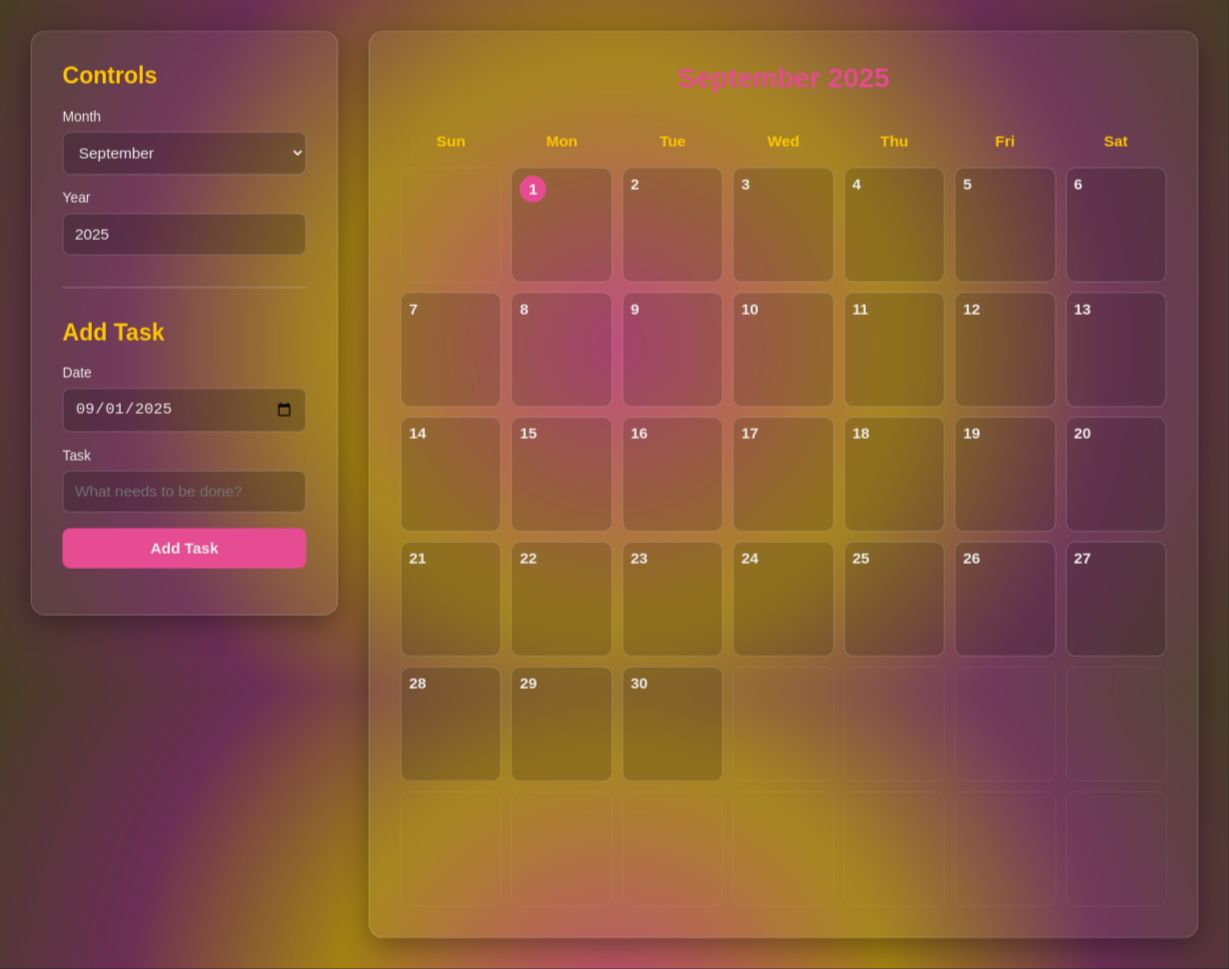
Repository: TanujaNair03/ToDo
Page: static/index.html
The author's editor kept a copy of each file at every save. The page is drawn from the files as they stood at one save, then again after the next save.
The browser window is 1280 px wide. The pictures show the whole page, at 96% of full size.
The page's requests for data from a server got no answer. Backgrounds fixed to the window are drawn as part of the page.

Above is the page before, as saved 2025-09-01 15:47:49.

### static/index.html
<!DOCTYPE html>
<html lang="en">
<head>
    <meta charset="UTF-8">
    <meta name="viewport" content="width=device-width, initial-scale=1.0">
    <title>Aesthetic Calendar</title>
    <style>
        :root {
            --glass-bg: rgba(255, 255, 255, 0.05);
            --glass-border: rgba(255, 255, 255, 0.2);
            --text-color: #f0f0f0;
            /* Accent colors updated to match the new pink/yellow theme */
            --accent-primary: #e54c91; /* Pink */
            --accent-secondary: #ffc800; /* Yellow */
        }
        * {
            box-sizing: border-box;
        }

        /* NEW: Static, centered, pink-to-yellow radial gradient */
        body {
            font-family: 'Poppins', sans-serif;
            color: var(--text-color);
            margin: 0;
            padding: 2rem;
            min-height: 100vh;
            background-color: #1a1a2e; /* Base color */
            background-image: radial-gradient(circle at 50% 50%,
                rgba(229, 76, 145, 0.8) 0%,  /* Vibrant Pink at the center */
                rgba(255, 200, 0, 0.6) 40%,  /* Warm Yellow halo */
                rgba(229, 76, 145, 0.4) 70%, /* Faded Pink */
                rgba(255, 200, 0, 0.2) 100%  /* Faded Yellow */
            );
            background-repeat: no-repeat;
            background-attachment: fixed; /* Keeps the gradient fixed */
            background-size: cover; /* Ensures the gradient covers the entire viewport */
        }

        #app {
            display: flex;
            gap: 2rem;
            width: 100%;
            max-width: 1300px;
            margin: 0 auto;
            align-items: flex-start;
        }

        .glass-pane {
            background: var(--glass-bg);
            backdrop-filter: blur(20px);
            -webkit-backdrop-filter: blur(20px);
            border: 1px solid var(--glass-border);
            box-shadow: 0 8px 32px 0 rgba(0, 0, 0, 0.37);
            border-radius: 15px;
            padding: 2rem;
        }

        .sidebar {
            width: 320px;
            height: fit-content;
            flex-shrink: 0;
        }
        .sidebar h2 { margin-top: 0; color: var(--accent-secondary); }
        .form-group { margin-bottom: 1rem; }
        .form-group label { display: block; margin-bottom: 0.5rem; font-size: 0.9rem; }
        .form-group input, .form-group select, .form-group button {
            width: 100%; padding: 0.75rem; border: 1px solid var(--glass-border);
            border-radius: 8px; background: rgba(0,0,0,0.2);
            color: var(--text-color); font-size: 1rem;
        }
        .form-group button {
            background: var(--accent-primary); cursor: pointer; font-weight: bold;
            transition: background 0.2s ease; border: none;
        }
        .form-group button:hover { background: var(--accent-secondary); color: #1a1a2e; }

        .calendar-container {
            flex-grow: 1;
        }
        .calendar-header { display: flex; justify-content: center; align-items: center; }
        .calendar-header h1 {
            font-size: 1.8rem;
            font-weight: bold;
            color: var(--accent-primary);
            margin: 0;
        }
        .calendar-grid { display: grid; grid-template-columns: repeat(7, 1fr); gap: 10px; width: 100%; margin-top: 2rem; }
        .day-header { text-align: center; font-weight: bold; color: var(--accent-secondary); padding: 0.5rem 0; }
        .day-cell {
            min-height: 120px; padding: 8px;
            background: rgba(0, 0, 0, 0.15);
            border: 1px solid var(--glass-border);
            border-radius: 10px;
            transition: transform 0.2s ease, background 0.2s ease;
            display: flex; flex-direction: column;
        }
        .day-cell:hover { transform: translateY(-5px); background: rgba(255, 255, 255, 0.1); }
        .day-cell.other-month { background: transparent; opacity: 0.4; }
        .day-number { font-weight: bold; margin-bottom: 8px; }
        .day-number.today {
            background-color: var(--accent-primary); color: white;
            border-radius: 50%; width: 28px; height: 28px;
            display: flex; align-items: center; justify-content: center;
        }
        .task-list { list-style: none; padding: 0; font-size: 0.85rem; }
        .task-item { display: flex; align-items: center; margin-bottom: 4px; gap: 6px; }
        .task-item input[type="checkbox"] { flex-shrink: 0; }
        .task-item span.done { text-decoration: line-through; opacity: 0.6; }
        .task-item span { flex-grow: 1; word-break: break-word; }
        .edit-input { width: 100%; background: #444; color: white; border: 1px solid var(--accent-primary); border-radius: 4px; padding: 2px; }
        .task-actions { cursor: pointer; margin-left: auto; display: flex; gap: 5px; }
    </style>
</head>
<body>

<div id="app">
    <div class="sidebar glass-pane">
        <h2>Controls</h2>
        <div class="form-group">
            <label for="month">Month</label>
            <select id="month" v-model="selectedMonth">
                <option v-for="(month, index) in months" :value="index + 1">{{ month }}</option>
            </select>
        </div>
        <div class="form-group">
            <label for="year">Year</label>
            <input type="number" id="year" v-model="selectedYear">
        </div>

        <hr style="border-color: rgba(255,255,255,0.2); margin: 2rem 0;">

        <h2>Add Task</h2>
        <form @submit.prevent="addTask">
            <div class="form-group">
                <label for="taskDate">Date</label>
                <input type="date" id="taskDate" v-model="newTask.date" required>
            </div>
            <div class="form-group">
                <label for="taskDesc">Task</label>
                <input type="text" id="taskDesc" v-model="newTask.task" placeholder="What needs to be done?" required>
            </div>
            <div class="form-group">
                <button type="submit">Add Task</button>
            </div>
        </form>
    </div>

    <div class="calendar-container glass-pane">
        <div class="calendar-header">
            <h1>{{ monthName }} {{ selectedYear }}</h1>
        </div>
        <div class="calendar-grid">
            <div class="day-header" v-for="day in dayNames">{{ day }}</div>
            <div v-for="day in calendarDays" class="day-cell" :class="{'other-month': !day.isCurrentMonth}">
                <div v-if="day.date">
                    <div class="day-number" :class="{'today': day.isToday}">{{ day.date.getDate() }}</div>
                    <ul class="task-list">
                        <li v-for="(task, index) in day.tasks" class="task-item">
                            <template v-if="editingDate === day.dateStr && editingIndex === index">
                                <input type="text" v-model="editingText" @keyup.enter="saveEdit" @keyup.esc="cancelEditing" class="edit-input" v-focus>
                                <div class="task-actions">
                                    <span @click="saveEdit">✔️</span>
                                    <span @click="cancelEditing">❌</span>
                                </div>
                            </template>
                            <template v-else>
                                <input type="checkbox" :checked="task.done" @change="updateTaskStatus(day.dateStr, index, $event.target.checked)">
                                <span :class="{'done': task.done}">{{ task.task }}</span>
                                <div class="task-actions">
                                    <span @click="startEditing(day.dateStr, index, task.task)">✏️</span>
                                    <span @click="deleteTask(day.dateStr, index)">🗑️</span>
                                </div>
                            </template>
                        </li>
                    </ul>
                </div>
            </div>
        </div>
    </div>
</div>

<script src="https://unpkg.com/vue@3/dist/vue.global.js"></script>
<script>
    const { createApp, ref, computed, onMounted } = Vue;
    const focusDirective = { mounted(el) { el.focus(); } };

    createApp({
        directives: { focus: focusDirective },
        setup() {
            const today = new Date();
            const selectedMonth = ref(today.getMonth() + 1);
            const selectedYear = ref(today.getFullYear());
            const tasks = ref({});
            const newTask = ref({ date: today.toISOString().split('T')[0], task: '' });
            const editingDate = ref(null);
            const editingIndex = ref(null);
            const editingText = ref('');
            const months = ["January", "February", "March", "April", "May", "June", "July", "August", "September", "October", "November", "December"];
            const dayNames = ["Sun", "Mon", "Tue", "Wed", "Thu", "Fri", "Sat"];
            const API_URL = 'http://127.0.0.1:5000/api';

            const monthName = computed(() => months[selectedMonth.value - 1]);
            const calendarDays = computed(() => {
                const year = selectedYear.value;
                const month = selectedMonth.value - 1;
                const firstDayOfMonth = new Date(year, month, 1).getDay();
                const daysInMonth = new Date(year, month + 1, 0).getDate();
                const daysArray = [];
                let dayCounter = 1;
                for (let i = 0; i < 42; i++) {
                    if (i >= firstDayOfMonth && dayCounter <= daysInMonth) {
                        const dateObj = new Date(year, month, dayCounter);
                        const y = dateObj.getFullYear();
                        const m = String(dateObj.getMonth() + 1).padStart(2, '0');
                        const d = String(dateObj.getDate()).padStart(2, '0');
                        const dateStr = `${y}-${m}-${d}`;
                        daysArray.push({
                            date: dateObj,
                            dateStr: dateStr,
                            isCurrentMonth: true,
                            isToday: dateStr === today.toISOString().split('T')[0],
                            tasks: tasks.value[dateStr] || []
                        });
                        dayCounter++;
                    } else {
                        daysArray.push({ date: null, isCurrentMonth: false, tasks: [] });
                    }
                }
                return daysArray;
            });

            const fetchTasks = async () => {
                const response = await fetch(`${API_URL}/tasks`);
                tasks.value = await response.json();
            };

            const addTask = async () => {
                await fetch(`${API_URL}/tasks`, {
                    method: 'POST',
                    headers: { 'Content-Type': 'application/json' },
                    body: JSON.stringify(newTask.value)
                });
                newTask.value.task = '';
                fetchTasks();
            };

            const updateTaskStatus = async (dateStr, taskIndex, isDone) => {
                await fetch(`${API_URL}/tasks/update`, {
                    method: 'PUT',
                    headers: { 'Content-Type': 'application/json' },
                    body: JSON.stringify({ date: dateStr, taskIndex: taskIndex, done: isDone })
                });
                fetchTasks();
            };

            const startEditing = (dateStr, index, currentText) => {
                editingDate.value = dateStr;
                editingIndex.value = index;
                editingText.value = currentText;
            };

            const cancelEditing = () => {
                editingDate.value = null;
                editingIndex.value = null;
                editingText.value = '';
            };

            const saveEdit = async () => {
                if (!editingText.value.trim()) return;
                await fetch(`${API_URL}/tasks/edit`, {
                    method: 'PUT',
                    headers: { 'Content-Type': 'application/json' },
                    body: JSON.stringify({
                        date: editingDate.value,
                        taskIndex: editingIndex.value,
                        newTaskText: editingText.value
                    })
                });
                cancelEditing();
                fetchTasks();
            };

            const deleteTask = async (dateStr, taskIndex) => {
                if (window.confirm("Are you sure you want to delete this task?")) {
                    await fetch(`${API_URL}/tasks/${dateStr}/${taskIndex}`, { method: 'DELETE' });
                    fetchTasks();
                }
            };

            onMounted(fetchTasks);

            return {
                selectedMonth,
                selectedYear,
                months,
                dayNames,
                monthName,
                calendarDays,
                newTask,
                addTask,
                updateTaskStatus,
                editingDate,
                editingIndex,
                editingText,
                startEditing,
                cancelEditing,
                saveEdit,
                deleteTask,
            };
        }
    }).mount('#app');
</script>
</body>
</html>

After the next save:
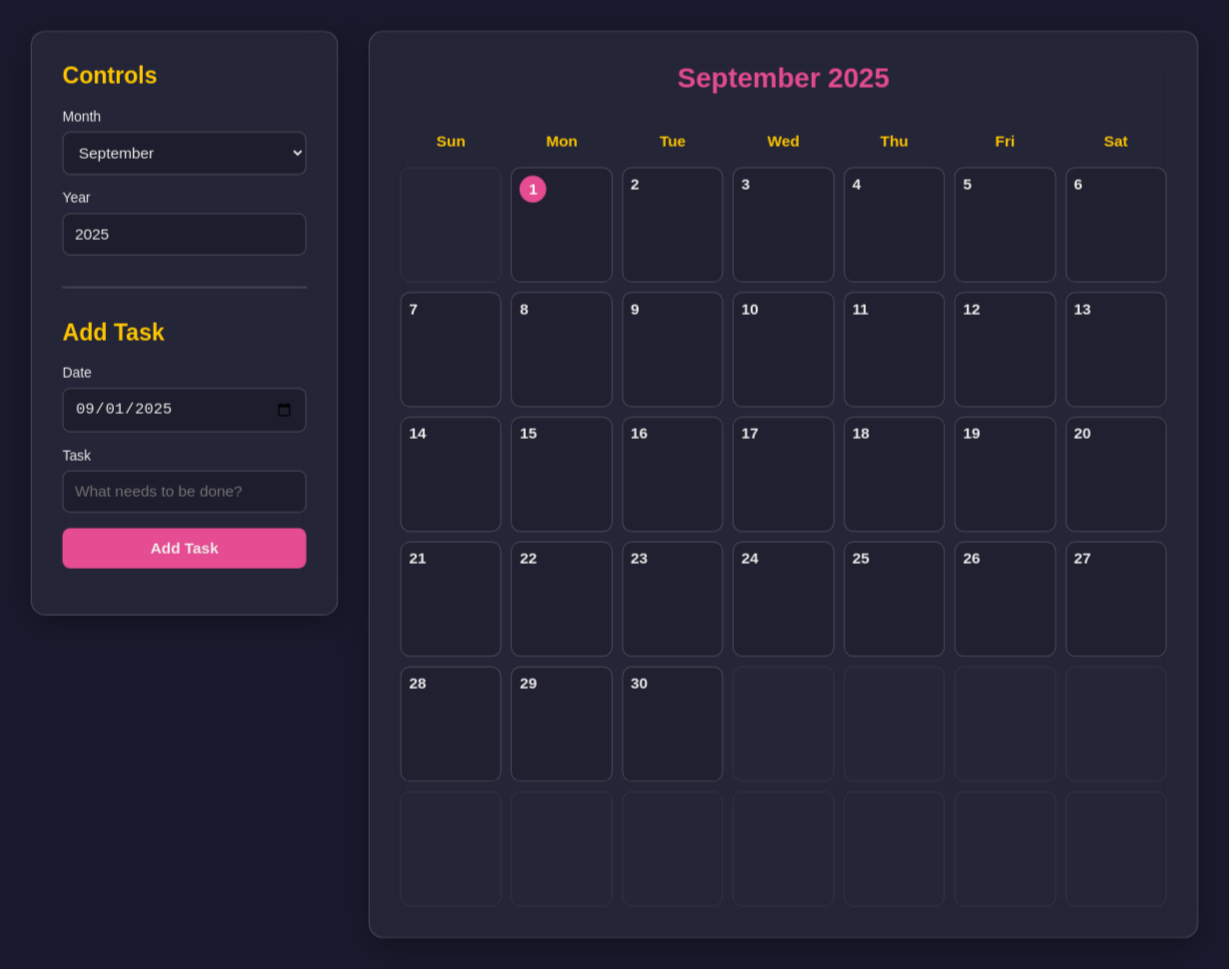
Not found: static/static/images/aura.jpg
Saved 2 min 18 s later.
--- a/static/index.html
+++ b/static/index.html
@@ -24,16 +24,12 @@
             margin: 0;
             padding: 2rem;
             min-height: 100vh;
-            background-color: #1a1a2e; /* Base color */
-            background-image: radial-gradient(circle at 50% 50%,
-                rgba(229, 76, 145, 0.8) 0%,  /* Vibrant Pink at the center */
-                rgba(255, 200, 0, 0.6) 40%,  /* Warm Yellow halo */
-                rgba(229, 76, 145, 0.4) 70%, /* Faded Pink */
-                rgba(255, 200, 0, 0.2) 100%  /* Faded Yellow */
-            );
+            background-color: #1a1a2e; /* Fallback color */
+            background-image: url('./static/images/aura.jpg'); /* Path to your image */
             background-repeat: no-repeat;
-            background-attachment: fixed; /* Keeps the gradient fixed */
-            background-size: cover; /* Ensures the gradient covers the entire viewport */
+            background-attachment: fixed; /* Keeps the image fixed while scrolling */
+            background-size: cover; /* Ensures the image covers the entire viewport */
+            background-position: center; /* Centers the image */
         }
 
         #app {

After the save that followed:
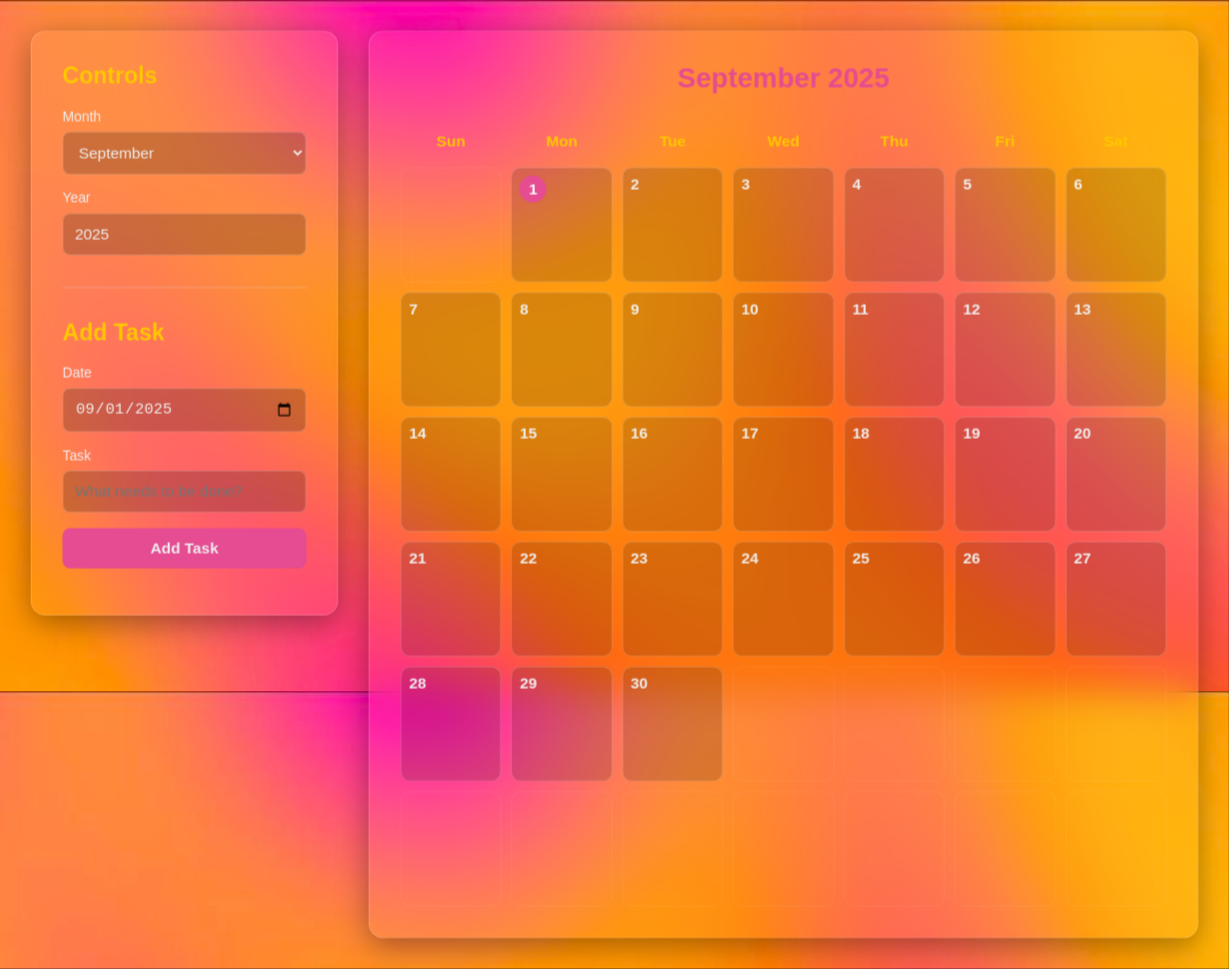
Saved 18 s later.
--- a/static/index.html
+++ b/static/index.html
@@ -25,7 +25,7 @@
             padding: 2rem;
             min-height: 100vh;
             background-color: #1a1a2e; /* Fallback color */
-            background-image: url('./static/images/aura.jpg'); /* Path to your image */
+            background-image: url('./static/aura.jpg'); /* Path to your image */
             background-repeat: no-repeat;
             background-attachment: fixed; /* Keeps the image fixed while scrolling */
             background-size: cover; /* Ensures the image covers the entire viewport */
